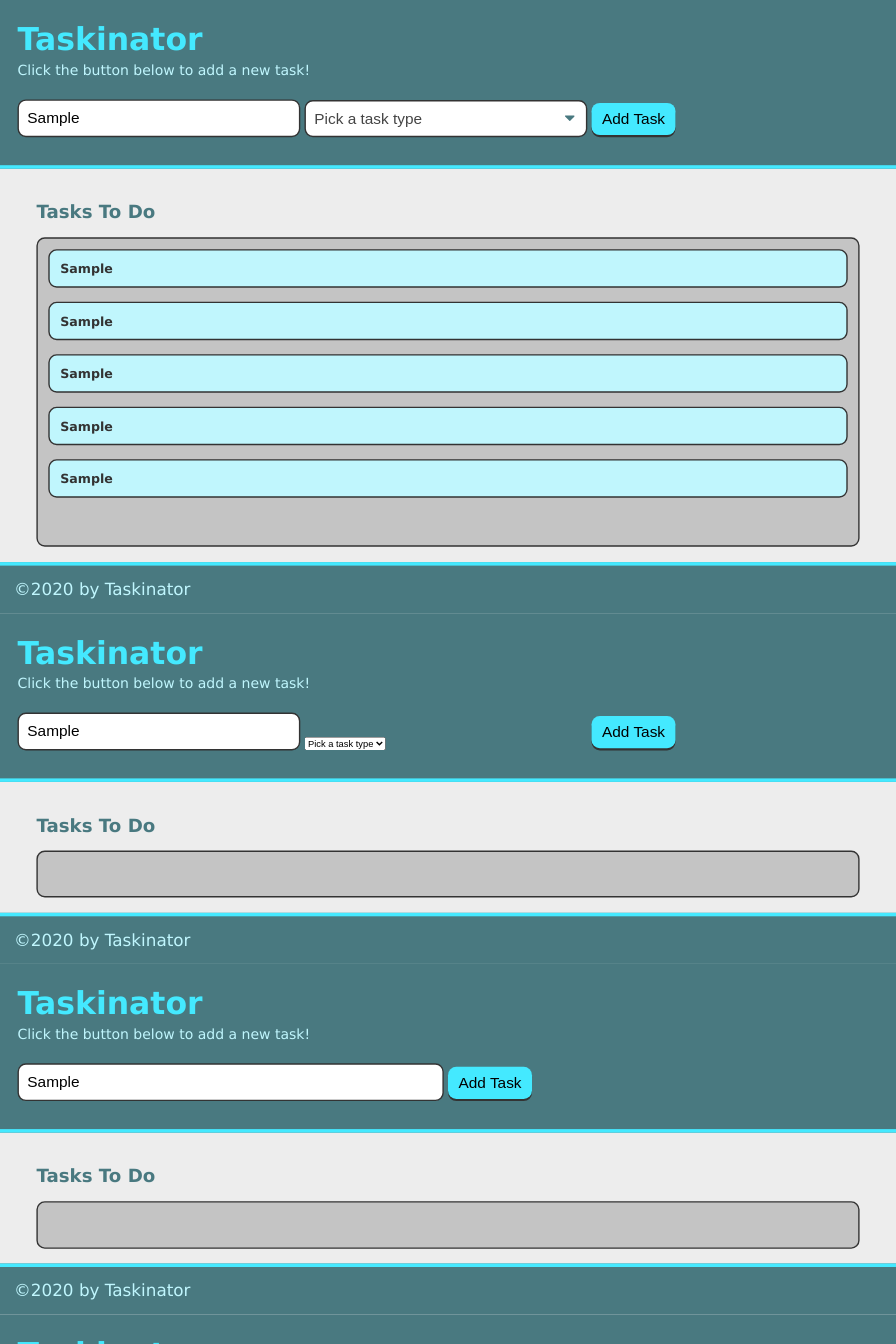
Repository: stuart-rickard/taskinator
Page: index.html
These files come from the project's save history. The page is drawn as it stood at one moment and after the next save; the edit follows.
The browser window is 1280 px wide. The pictures show the part of the page from y = 0 to 1920 px (the page is 2918 px tall before and 2543 px after), at 70% of full size.
Empty fields were first filled with sample values (such as "Sample", 5 or name@example.com).
After loading, the first visible `#task-form` was submitted once.

Above is the page before, as saved 2021-11-18 21:52:38.

After the next save:
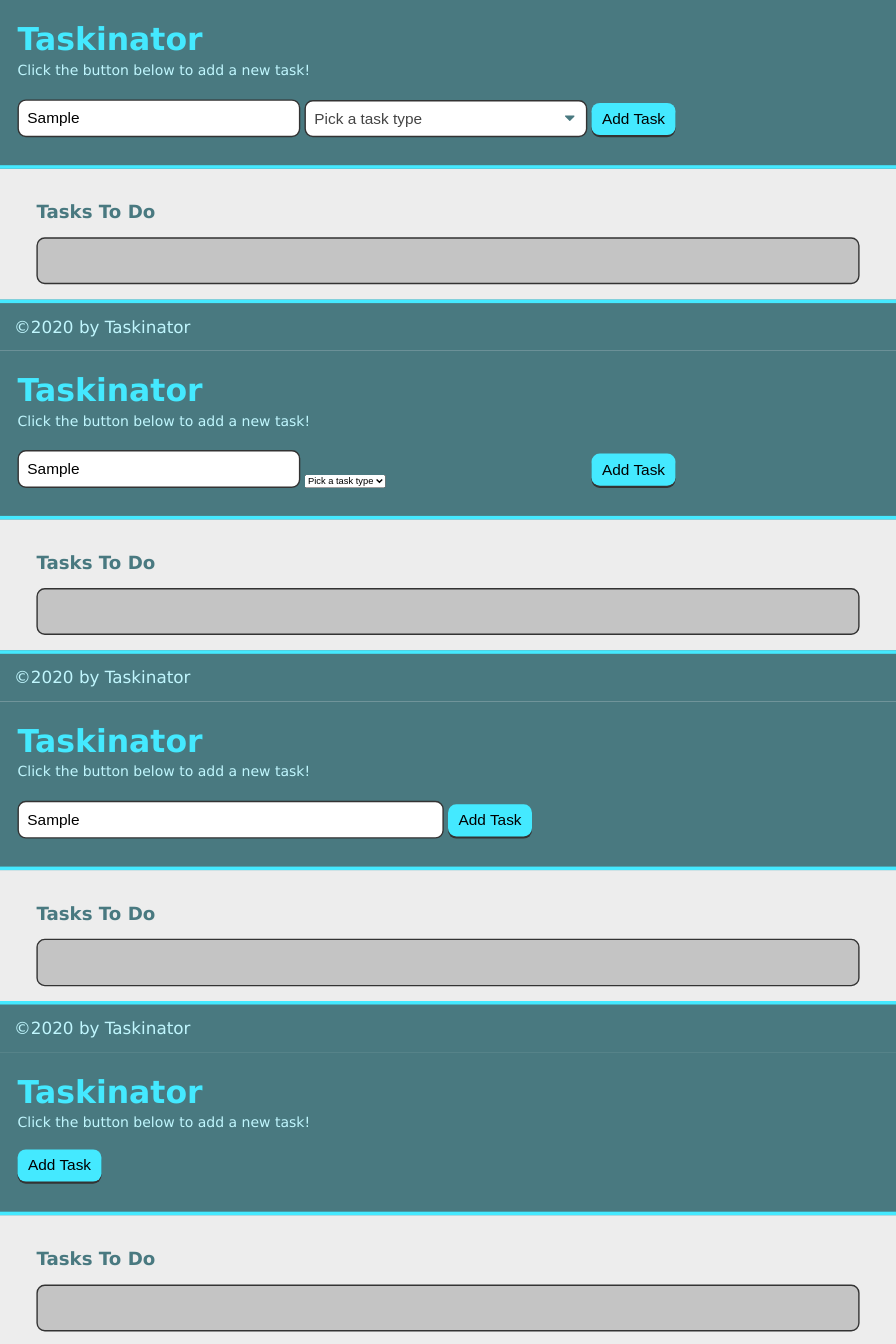
Saved 10 min 13 s later.
--- a/assets/js/script.js
+++ b/assets/js/script.js
@@ -3,9 +3,17 @@
 
 var taskFormHandler = function(event) {
 
-    event.preventDefault();
-    var taskNameInput = document.querySelector("input[name='task-name']").value;
-    var taskTypeInput = document.querySelector("select[name='task-type']").value;
+  event.preventDefault();
+  var taskNameInput = document.querySelector("input[name='task-name']").value;
+  var taskTypeInput = document.querySelector("select[name='task-type']").value;
+
+  // check if input values are empty strings
+  if (!taskNameInput || !taskTypeInput) {
+    alert("You need to fill out the task form!");
+    return false;
+  }
+
+  formEl.reset();
 
     // package up data as an object
     var taskDataObj = {
@@ -15,7 +23,6 @@
 
     // send it as an argument to createTaskEl
     createTaskEl(taskDataObj);
-
   };
 
 var createTaskEl = function(taskDataObj) {
